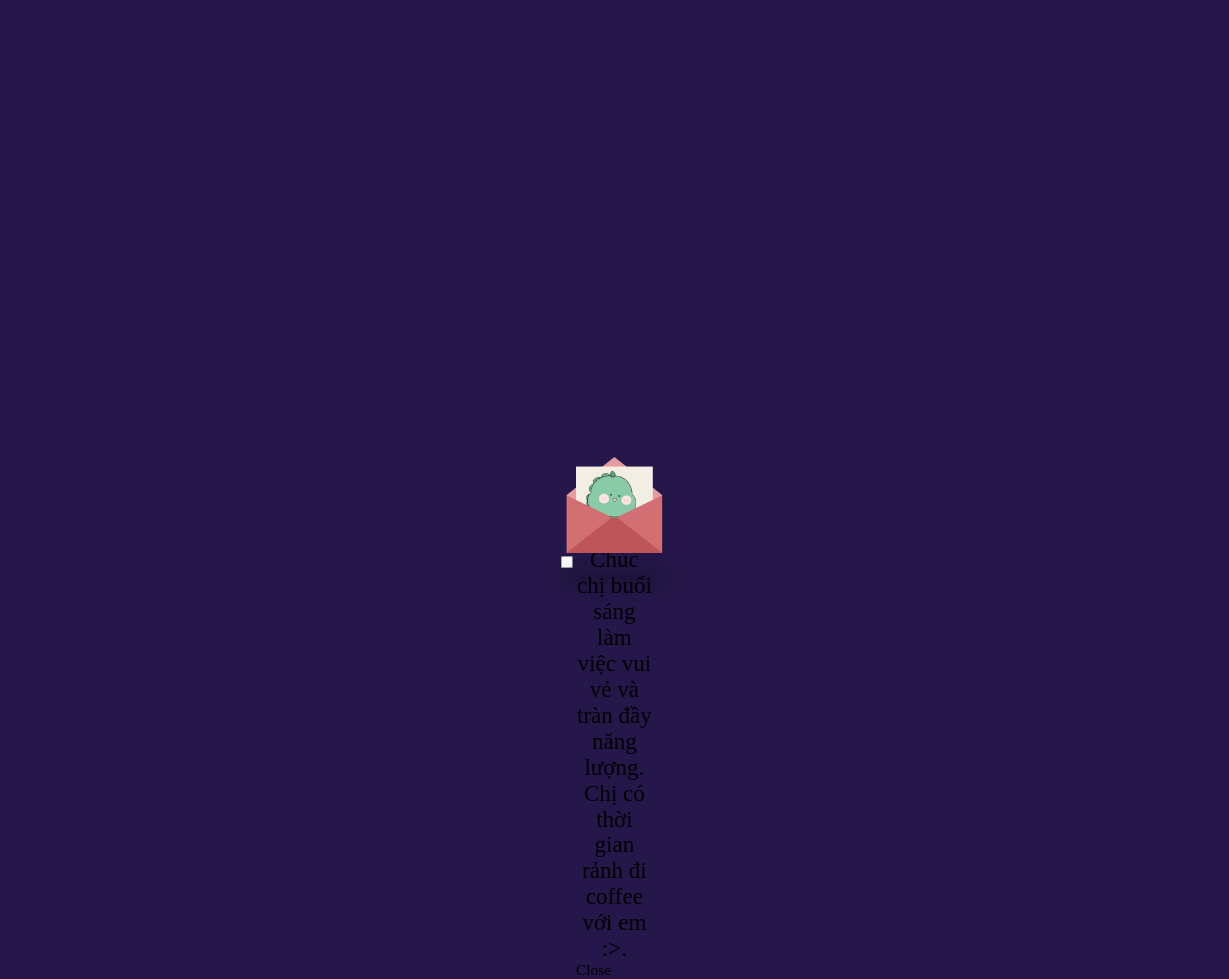
Repository: Dangtrinh28/letter
Page: index.html
These files come from the project's save history. The page is drawn as it stood at one moment and after the next save; the edit follows.
The browser window is 1280 px wide. The pictures show the whole page, at 96% of full size.

Above is the page before, as saved 2022-12-15 23:49:26.

After the next save:
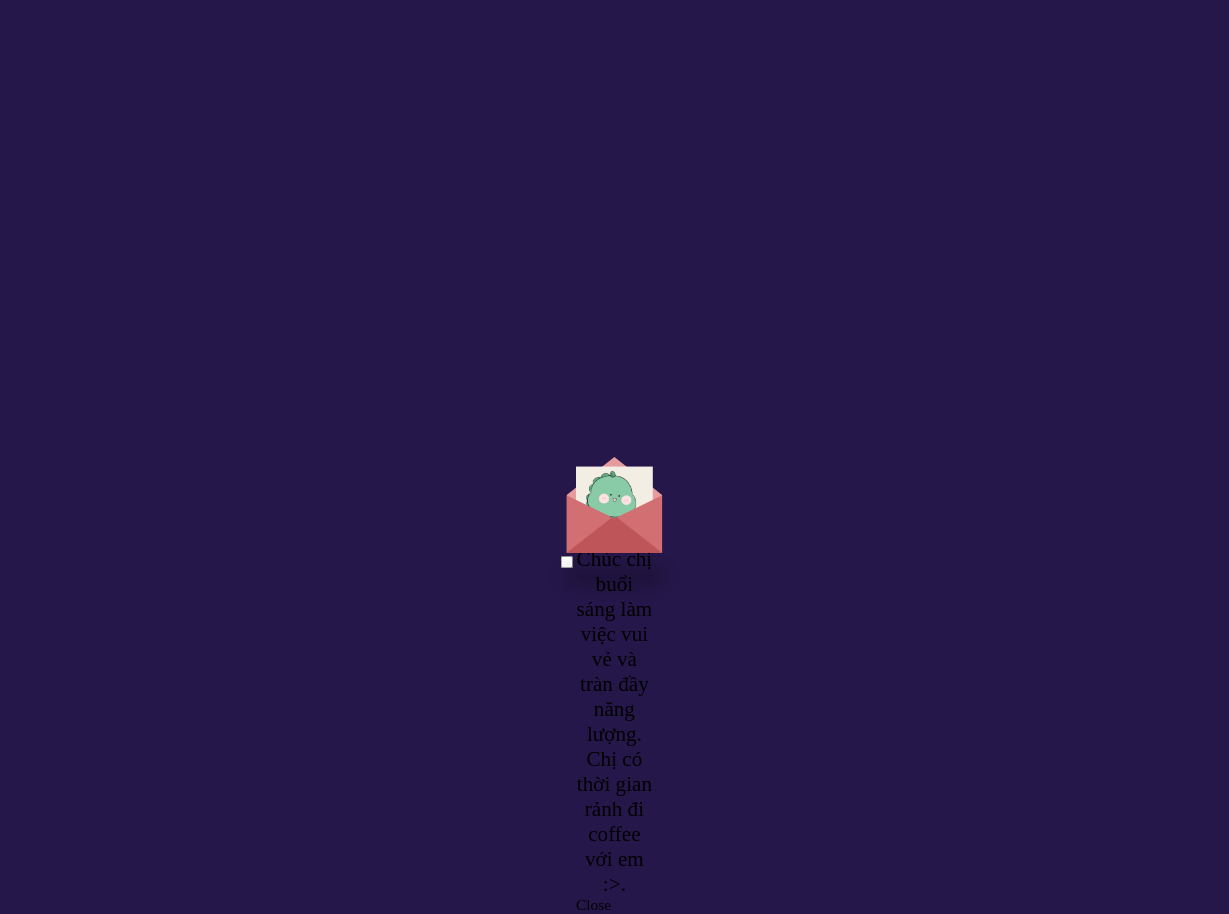
Saved 9 s later.
--- a/main.css
+++ b/main.css
@@ -93,5 +93,5 @@ input:checked ~ .content {
 .desc {
     width: 100%;
     text-align: center;
-    font-size: x-large;
+    font-size: 22px;
 }
